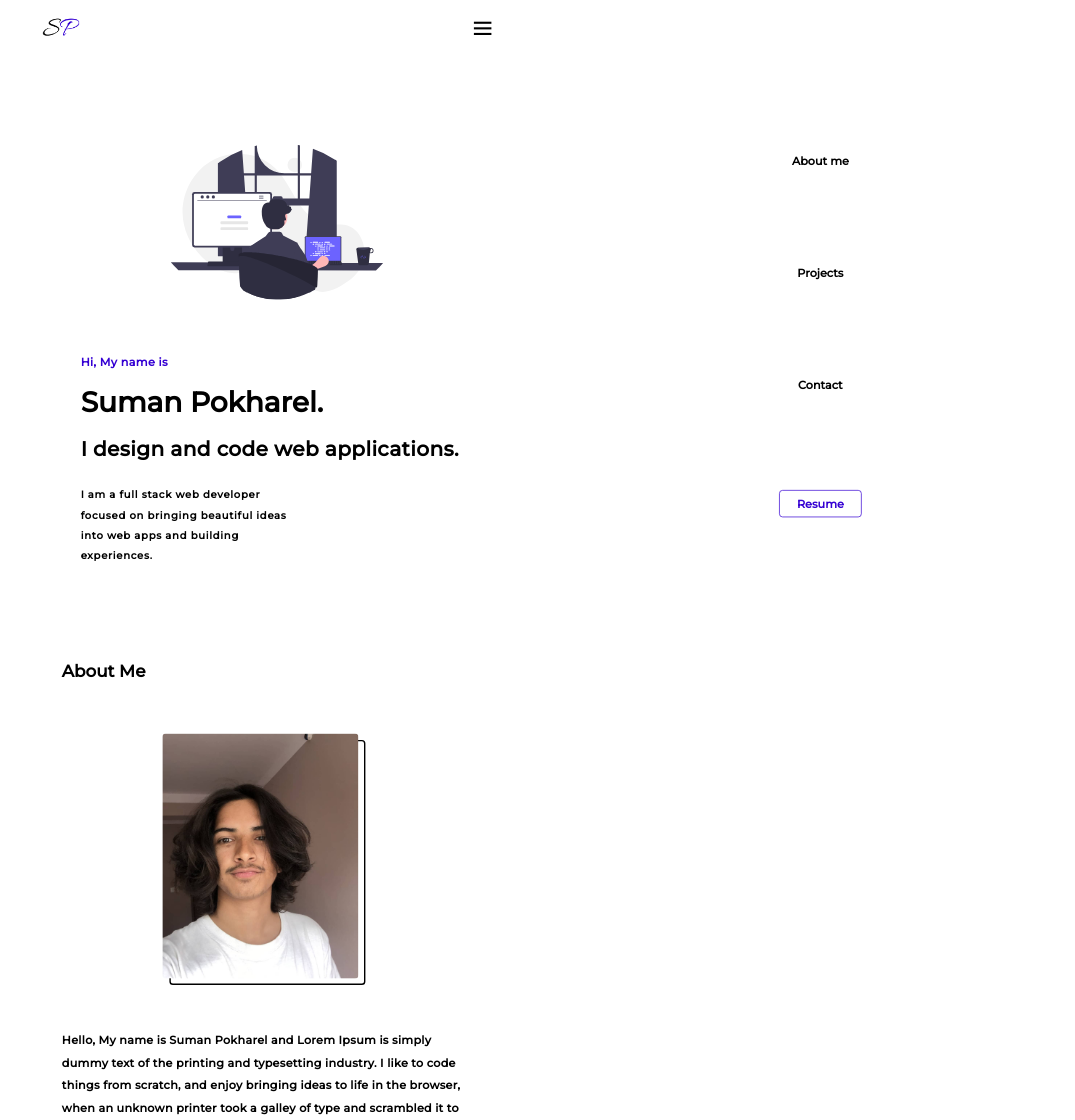
Repository: iamsumanp/portfolio
Page: /
The author's editor kept a copy of each file at every save. The page is drawn from the files as they stood at one save, then again after the next save.
The browser window is 768 px wide. The page is 1536 px wide, so the pictures cover 1536 px, including what lies to the right of the window. The pictures show the part of the page from y = 0 to 1600 px (the page is 5979 px tall), at 70% of full size.
The project was rebuilt for these pictures with package versions that can differ from the ones it lists, and the page was loaded fresh each time.

Above is the page before, as saved 2022-07-06 17:04:56.

### public/index.html
<!DOCTYPE html>
<html lang="en">
  <head>
    <meta charset="utf-8" />
    <link rel="icon" href="%PUBLIC_URL%/favicon.ico" />
    <meta name="viewport" content="width=device-width, initial-scale=1" />
    <meta name="theme-color" content="#000000" />
    <meta
      name="description"
      content="Web site created using create-react-app"
    />
    <link rel="apple-touch-icon" href="%PUBLIC_URL%/logo192.png" />

    <link rel="manifest" href="%PUBLIC_URL%/manifest.json" />
    <link rel="preconnect" href="https://fonts.googleapis.com" />
    <link rel="preconnect" href="https://fonts.gstatic.com" crossorigin />
    <link
      href="https://fonts.googleapis.com/css2?family=Montserrat:wght@500&display=swap"
      rel="stylesheet"
    />
    <title>iamsumanp</title>
  </head>
  <body>
    <div id="root"></div>
  </body>
</html>

### src/App.tsx
import "./App.css";
import { BrowserRouter as Router } from "react-router-dom";
import { NavBar } from "./Components/NavBar";
import "./styles/styles.css";
import { Hero } from "./Components/Hero";
import { AboutMe } from "./Components/AboutMe";
import { Projects } from "./Components/Projects";
import { Contact } from "./Components/Contact";
import { Footer } from "./Components/Footer";

function App() {
  return (
    <Router>
      <NavBar />
      <Hero />
      <AboutMe />
      <Projects />
      <Contact />
      <hr />
      <Footer />
    </Router>
  );
}

export default App;

### src/Components/NavBar.tsx
import React, { useState } from "react";
import { HashLink } from "react-router-hash-link";
const myLogo = require("../assets/logo.png");
export const NavBar = () => {
  const [active, setActive] = useState(false);

  const burgerClick = () => {
    setActive(!active);
  };

  return (
    <nav className="navBar">
      <HashLink to="#heroSection" className="linkHash" smooth>
        <img
          src={myLogo}
          alt="SP"
          className="logoImg"
          onClick={active ? burgerClick : undefined}
        />
      </HashLink>

      <ul className={active ? "navUl nav-active" : "navUl"}>
        <li className="navLinks" onClick={active ? burgerClick : undefined}>
          <HashLink to="#aboutMe" className="linkHash" smooth>
            About me
          </HashLink>
        </li>
        <li className="navLinks" onClick={active ? burgerClick : undefined}>
          <HashLink to="#projectSection" className="linkHash" smooth>
            Projects
          </HashLink>
        </li>
        <li className="navLinks" onClick={active ? burgerClick : undefined}>
          <HashLink to="#contact" className="linkHash" smooth>
            Contact
          </HashLink>
        </li>
        <li className="navLinks resume">Resume</li>
      </ul>
      <div className="burgerMenu" onClick={() => burgerClick()}>
        <div className={active ? "line1 toggle" : "line1"}></div>
        <div className={active ? "line2 toggle2" : "line2"}></div>
        <div className={active ? "line3 toggle3" : "line3"}></div>
      </div>
    </nav>
  );
};

### src/styles/styles.css
:root {
  --main-purple: #3500d3;
}

* {
  box-sizing: border-box;
  font-family: "Montserrat", sans-serif;
}

body {
  margin: 0;
  padding: 0;
}
@media (max-width: 900px) {
  body {
    overflow-x: hidden;
  }
}

.navBar {
  display: flex;
  flex-direction: row;
  justify-content: space-between;
  align-items: center;
  min-height: 5rem;
  font-weight: bolder;
  overflow-x: hidden;
  padding: 0.2% 8%;
}
@media (max-width: 1100px) {
  .navBar {
    margin-bottom: 5rem;
  }
}
.navBar .logoImg {
  height: 25px;
}
.navBar .navUl {
  list-style: none;
  display: flex;
  flex-direction: row;
}
@media (max-width: 900px) {
  .navBar .navUl {
    position: absolute;
    right: 0;
    top: 8vh;
    height: 100vh;
    background-color: rgb(255, 255, 255);
    flex-direction: column;
    width: 100%;
    justify-content: space-evenly;
    transform: translateX(100%);
    transition: transform 0.4s ease-in;
  }
}
.navBar .nav-active {
  transform: translateX(0%);
}
.navBar .burgerMenu {
  display: none;
}
@media (max-width: 900px) {
  .navBar .burgerMenu {
    display: block;
    cursor: pointer;
  }
}
.navBar .burgerMenu .toggle {
  transform: rotate(-45deg) translate(-5px, 6px);
}
.navBar .burgerMenu .toggle2 {
  opacity: 0;
}
.navBar .burgerMenu .toggle3 {
  transform: rotate(45deg) translate(-5px, -6px);
}
.navBar .burgerMenu div {
  width: 25px;
  height: 3px;
  background-color: black;
  transition: transform 0.4s ease;
  margin: 5px;
}
.navBar .navLinks {
  padding: 0 40px;
  cursor: pointer;
  align-self: center;
  text-decoration: none;
}
.navBar .navLinks.resume {
  border: solid 1px var(--main-purple);
  color: var(--main-purple);
  padding: 9px 25px;
  border-radius: 5px;
}
.navBar .navLinks .linkHash {
  text-decoration: none;
  color: black;
}

.heroSection {
  overflow-x: hidden;
  height: 90vh;
  width: 80%;
  display: flex;
  flex-direction: row;
  align-items: center;
  margin: auto;
  padding: 0 2% 0 5%;
}
@media (max-width: 1100px) {
  .heroSection {
    flex-direction: column-reverse;
    justify-content: center;
    align-items: center;
  }
}
.heroSection .content {
  display: flex;
  flex-direction: column;
}
@media (max-width: 1100px) {
  .heroSection .content {
    margin-top: 5rem;
  }
}
.heroSection .content .h4text {
  color: var(--main-purple);
}
.heroSection .content .h1text {
  margin-top: 0;
  font-size: 2.5rem;
}
@media (max-width: 800px) {
  .heroSection .content .h1text {
    font-size: rem;
  }
}
.heroSection .content .h4text,
.heroSection .content .h2text {
  letter-spacing: 0.5px;
  margin-top: 0;
}
.heroSection .content .h2text {
  font-size: 1.8rem;
}
.heroSection .content .h5text {
  width: 55%;
  line-height: 2;
  letter-spacing: 1px;
  margin-top: 10px;
  font-size: 0.9rem;
}
.heroSection .svgImgg {
  margin-left: auto;
  width: 22rem;
}
@media (max-width: 1100px) {
  .heroSection .svgImgg {
    margin-left: 0;
  }
}
@media (max-width: 800px) {
  .heroSection .svgImgg {
    width: 19rem;
  }
}

.aboutMeSection {
  width: 80%;
  margin: auto;
  display: flex;
  flex-direction: column;
  justify-content: center;
  padding: 7% 2% 10% 5%;
}
@media (max-width: 1100px) {
  .aboutMeSection {
    padding: 7rem 2% 10% 1.5%;
  }
}
.aboutMeSection .contentAndImage {
  display: flex;
  flex-direction: row;
}
@media (max-width: 1100px) {
  .aboutMeSection .contentAndImage {
    flex-direction: column-reverse;
    margin-top: 2rem;
  }
}
.aboutMeSection .h2textabout {
  margin-top: -3rem;
}
.aboutMeSection .aboutMeContent {
  display: flex;
  flex-direction: column;
  width: 60%;
}
@media (max-width: 1100px) {
  .aboutMeSection .aboutMeContent {
    width: 100%;
  }
}
.aboutMeSection .imgContainer {
  margin-left: auto;
  margin-top: 2rem;
  position: relative;
  height: 350px;
  width: 280px;
  border: solid 2px black;
  border-radius: 5px;
}
@media (max-width: 1100px) {
  .aboutMeSection .imgContainer {
    margin-left: 0;
    align-self: center;
    margin-bottom: 2rem;
  }
}
.aboutMeSection .imgContainer .imgProfile {
  height: 350px;
  position: absolute;
  right: 8px;
  top: -11px;
  border-radius: 5px;
}
.aboutMeSection .spanText {
  font-weight: bold;
  margin-top: 2rem;
  line-height: 2;
  letter-spacing: 0.4px;
}
.aboutMeSection .spanText.tech {
  margin-top: 5rem;
}
.aboutMeSection .backEndFrontEndContainer {
  display: flex;
  flex-direction: row;
  margin-top: 4rem;
  justify-content: space-between;
}
@media (max-width: 1100px) {
  .aboutMeSection .backEndFrontEndContainer {
    flex-direction: column;
  }
}
.aboutMeSection .backEndFrontEndContainer .frontEndBox {
  box-shadow: 0 4px 8px 0 rgba(0, 0, 0, 0.2), 0 6px 20px 0 rgba(0, 0, 0, 0.19);
  padding: 2rem 2.5rem;
  display: flex;
  flex-direction: column;
  border-radius: 5px;
}
@media (max-width: 1100px) {
  .aboutMeSection .backEndFrontEndContainer .frontEndBox {
    padding: 1rem;
    margin-bottom: 3rem;
  }
}
.aboutMeSection .backEndFrontEndContainer .frontEndBox .spanTitle {
  align-self: center;
  text-transform: uppercase;
  font-weight: bold;
}

.frontEndTools,
.backEndBox {
  display: flex;
  flex-direction: row;
  margin-top: 1rem;
}
.frontEndTools .fnTools2,
.backEndBox .fnTools2 {
  margin-left: 3rem;
}
@media (max-width: 900px) {
  .frontEndTools .fnTools2,
.backEndBox .fnTools2 {
    margin-left: 0.1rem;
  }
}
.frontEndTools .fnTool,
.backEndBox .fnTool {
  display: flex;
  align-items: center;
  margin: 1.5rem 0.5rem;
}
.frontEndTools .fnTool .triangleRight,
.backEndBox .fnTool .triangleRight {
  color: var(--main-purple);
}

.techName {
  margin-left: 0.8rem;
  text-transform: uppercase;
  font-size: 15px;
}
@media (max-width: 900px) {
  .techName {
    font-size: 11px;
    margin-left: 0.2rem;
  }
}

.projectsSection {
  width: 80%;
  margin: auto;
  padding: 5% 2% 0 5%;
  display: flex;
  flex-direction: column;
}
@media (max-width: 1100px) {
  .projectsSection {
    padding: 7rem 2% 10% 1.5%;
  }
}
.projectsSection .Project1Container {
  display: flex;
  flex-direction: column;
}
.projectsSection .nameLabelLine {
  margin: 2rem 0;
  display: flex;
  flex-direction: row;
  align-items: center;
}
.projectsSection .nameLabelLine .vl {
  border-bottom: 1px solid gray;
  margin-top: 5px;
  height: inherit;
  width: 35%;
}
@media (max-width: 1100px) {
  .projectsSection .nameLabelLine .vl {
    width: 50%;
  }
}
.projectsSection .h2textabout {
  margin-top: -3rem;
}
.projectsSection .projectContentAndImage {
  display: flex;
  flex-direction: row;
  justify-content: space-between;
}
@media (max-width: 1100px) {
  .projectsSection .projectContentAndImage {
    flex-direction: column-reverse;
  }
}
.projectsSection .projectContentAndImage .hirestationImg {
  height: 15rem;
  border-radius: 5px;
  margin-left: auto;
}
@media (max-width: 1100px) {
  .projectsSection .projectContentAndImage .hirestationImg {
    margin-left: 0;
    align-self: center;
    margin: 2rem 0 4rem 0;
  }
}
@media (max-width: 800px) {
  .projectsSection .projectContentAndImage .hirestationImg {
    height: 10rem;
  }
}
.projectsSection .linksContainer {
  display: flex;
  align-items: center;
  margin: 2rem 0;
}

.projContent {
  width: 50%;
  line-height: 1.5;
  letter-spacing: 0.5px;
}
@media (max-width: 1100px) {
  .projContent {
    width: 100%;
  }
}

.projectLabel {
  font-weight: bold;
  margin-right: 1rem;
}

.Project2Container {
  display: flex;
  flex-direction: column;
  margin-top: 5rem;
  margin-bottom: 7.5rem;
}
.Project2Container .nameLabelLine2 {
  margin: 2rem 0;
  display: flex;
  flex-direction: row;
  justify-content: end;
}
.Project2Container .nameLabelLine2 .vl {
  border-bottom: 1px solid gray;
  margin-bottom: 5px;
  width: 35%;
  margin-right: 1rem;
}
@media (max-width: 1100px) {
  .Project2Container .nameLabelLine2 .vl {
    width: 50%;
  }
}
@media (max-width: 800px) {
  .Project2Container .nameLabelLine2 .vl {
    width: 40%;
  }
}

.projectContentAndImage1 {
  display: flex;
  flex-direction: row;
  justify-content: space-between;
}
@media (max-width: 1100px) {
  .projectContentAndImage1 {
    flex-direction: column;
  }
}
.projectContentAndImage1 .baathcheethImg {
  height: 15rem;
  border-radius: 5px;
  margin-right: auto;
}
@media (max-width: 1100px) {
  .projectContentAndImage1 .baathcheethImg {
    margin-right: 0;
    align-self: center;
    margin: 2rem 0 4rem 0;
  }
}
@media (max-width: 800px) {
  .projectContentAndImage1 .baathcheethImg {
    height: 10rem;
  }
}

.ContactSection {
  width: 80%;
  margin: auto;
  padding: 5% 2% 10% 5%;
  display: flex;
  flex-direction: column;
}
@media (max-width: 1100px) {
  .ContactSection {
    padding: 5rem 2% 10% 1.5%;
  }
}
.ContactSection .formContainer {
  margin-top: 2rem;
}
.ContactSection .nameAndEmailSection {
  display: flex;
  flex-direction: row;
  justify-content: space-between;
}
@media (max-width: 900px) {
  .ContactSection .nameAndEmailSection {
    flex-direction: column;
    width: 100%;
  }
}
.ContactSection .nameAndEmailSection .nameContainer {
  display: flex;
  flex-direction: column;
  width: 90%;
}
@media (max-width: 900px) {
  .ContactSection .nameAndEmailSection .nameContainer {
    width: 100%;
  }
}
.ContactSection .nameAndEmailSection .emailContainer {
  display: flex;
  flex-direction: column;
  width: 90%;
  margin-left: 5rem;
}
@media (max-width: 900px) {
  .ContactSection .nameAndEmailSection .emailContainer {
    margin-left: 0;
    margin-top: 3rem;
    width: 100%;
  }
}
.ContactSection .nameAndEmailSection .inputForm {
  box-shadow: 0 4px 8px 0 rgba(0, 0, 0, 0.2), 0 6px 20px 0 rgba(0, 0, 0, 0.19);
  padding: 0.6rem 0.4rem;
  width: 100%;
  border-width: 1px;
  outline: none;
}
.ContactSection .label {
  margin-bottom: 2rem;
  font-weight: bold;
}
.ContactSection .MessageContainer {
  display: flex;
  flex-direction: column;
  margin-top: 4rem;
}
.ContactSection .MessageContainer #messageArea {
  width: 46.5%;
  box-shadow: 0 4px 8px 0 rgba(0, 0, 0, 0.2), 0 6px 20px 0 rgba(0, 0, 0, 0.19);
  height: 7rem;
  resize: none;
  outline: none;
  padding: 0.5rem 0.4rem;
}
@media (max-width: 900px) {
  .ContactSection .MessageContainer #messageArea {
    width: 100%;
  }
}
.ContactSection .submitBtn {
  background-color: #7a4eff;
  border: none;
  color: aliceblue;
  padding: 0.8rem;
  margin-top: 4rem;
  width: 10rem;
  border-radius: 3px;
  cursor: pointer;
}
@media (max-width: 900px) {
  .ContactSection .submitBtn {
    width: 100%;
  }
}

.footerSection {
  width: 80%;
  margin: auto;
  padding: 3% 2% 4% 1.5%;
}
.footerSection .footerContainer {
  display: flex;
  flex-direction: column;
}
@media (max-width: 900px) {
  .footerSection .footerContainer {
    align-items: center;
  }
}
.footerSection .socialMediaAndQuote {
  display: flex;
  justify-content: space-between;
  align-items: center;
  margin-bottom: 1rem;
}
@media (max-width: 900px) {
  .footerSection .socialMediaAndQuote {
    flex-direction: column;
  }
}
.footerSection .socialMediaAndQuote .icons {
  margin-left: 1rem;
}
@media (max-width: 900px) {
  .footerSection .socialMediaAndQuote .socialMedia {
    margin: 2rem 0;
  }
}

@media (max-width: 800px) {
  .spSpan {
    text-align: center;
  }
}/*# sourceMappingURL=styles_20220706170456.css.map */

### src/Components/Hero.tsx
import SvgImg from "./IconComponent/SvgImg";

export const Hero = () => {
  return (
    <div className="heroSection" id="heroSection">
      <div className="content">
        <h4 className="h4text">Hi, My name is</h4>
        <h1 className="h1text">Suman Pokharel.</h1>
        <h2 className="h2text">I design and code web applications.</h2>
        <h5 className="h5text">
          I am a full stack web developer focused on bringing beautiful ideas
          into web apps and building experiences.
        </h5>
      </div>
      {/* <div className="svgImgg"> */}
      <SvgImg height={221} className="svgImgg" />
      {/* </div> */}
    </div>
  );
};

### src/Components/AboutMe.tsx
import React from "react";
import { VscTriangleRight } from "react-icons/vsc";
const mePhoto = require("../assets/mePhoto.jpg");

export const AboutMe = () => {
  return (
    <div className="aboutMeSection" id="aboutMe">
      <h2 className="h2textabout">About Me</h2>
      <div className="contentAndImage">
        <div className="aboutMeContent">
          <span className="spanText">
            Hello, My name is Suman Pokharel and Lorem Ipsum is simply dummy
            text of the printing and typesetting industry. I like to code things
            from scratch, and enjoy bringing ideas to life in the browser, when
            an unknown printer took a galley of type and scrambled it to make a
            type specimen book.I value simple content structure, clean design
            patterns, and thoughtful interactions.
          </span>
        </div>
        <div className="imgContainer">
          <img src={mePhoto} alt="profilePic" className="imgProfile" />
        </div>
      </div>
      <span className="spanText tech">
        Here are the technologies i am working with recently :
      </span>
      <div className="backEndFrontEndContainer">
        <div className="frontEndBox">
          <div className="spanTitle">Frontend</div>

          <div className="frontEndTools">
            <div className="fnTools1">
              <div className="fnTool">
                <VscTriangleRight className="triangleRight" />
                <span className="techName">React</span>
              </div>
              <div className="fnTool">
                <VscTriangleRight className="triangleRight" />
                <span className="techName">JavaScript</span>
              </div>
              <div className="fnTool">
                <VscTriangleRight className="triangleRight" />
                <span className="techName">HTML</span>
              </div>
              <div className="fnTool">
                <VscTriangleRight className="triangleRight" />
                <span className="techName">Git</span>
              </div>
              <div className="fnTool">
                <VscTriangleRight className="triangleRight" />
                <span className="techName">PHP</span>
              </div>
            </div>
            <div className="fnTools2">
              <div className="fnTool">
                <VscTriangleRight className="triangleRight" />
                <span className="techName">FIGMA</span>
              </div>
              <div className="fnTool">
                <VscTriangleRight className="triangleRight" />
                <span className="techName">TypeScript</span>
              </div>
              <div className="fnTool">
                <VscTriangleRight className="triangleRight" />
                <span className="techName">CSS</span>
              </div>
              <div className="fnTool">
                <VscTriangleRight className="triangleRight" />
                <span className="techName">BootStrap</span>
              </div>
            </div>
          </div>
        </div>
        <div className="frontEndBox">
          <div className="spanTitle">Backend</div>

          <div className="frontEndTools">
            <div className="fnTools1">
              <div className="fnTool">
                <VscTriangleRight className="triangleRight" />
                <span className="techName">NODEJS</span>
              </div>
              <div className="fnTool">
                <VscTriangleRight className="triangleRight" />
                <span className="techName">ExpressJS</span>
              </div>
              <div className="fnTool">
                <VscTriangleRight className="triangleRight" />
                <span className="techName">MongoDB</span>
              </div>
            </div>
            <div className="fnTools2">
              <div className="fnTool">
                <VscTriangleRight className="triangleRight" />
                <span className="techName">FireBase</span>
              </div>
              <div className="fnTool">
                <VscTriangleRight className="triangleRight" />
                <span className="techName">mySql</span>
              </div>
            </div>
          </div>
        </div>
      </div>
    </div>
  );
};

### src/Components/Contact.tsx
import React, { useState } from "react";

export const Contact = () => {
  const [name, setName] = useState("");
  const [email, setEmail] = useState("");
  const [message, setMessage] = useState("");

  const submitHandler: React.FormEventHandler<HTMLFormElement> = (
    e: React.FormEvent<HTMLFormElement>
  ) => {
    e.preventDefault();

    setName("");
    setEmail("");
    setMessage("");
  };
  return (
    <div className="ContactSection" id="contact">
      <h2 className="h2textabout">Interested In working together?</h2>
      <form className="formContainer" onSubmit={submitHandler}>
        <div className="nameAndEmailSection">
          <div className="nameContainer">
            <label htmlFor="Name" className="label">
              Name :
            </label>
            <input
              type="text"
              value={name}
              className="inputForm"
              onChange={(e) => setName(e.target.value)}
            />
          </div>
          <div className="emailContainer">
            <label htmlFor="Email" className="label">
              Email :
            </label>
            <input
              type="email"
              value={email}
              className="inputForm"
              onChange={(e) => setEmail(e.target.value)}
            />
          </div>
        </div>
        <div className="MessageContainer">
          <label htmlFor="Message" className="label">
            Message(optional) :
          </label>
          <textarea
            name="message"
            id="messageArea"
            // cols=30
            // rows=10
            value={message}
            onChange={(e) => setMessage(e.target.value)}
          ></textarea>
        </div>
        <button className="submitBtn" type="submit">
          SUBMIT
        </button>
      </form>
    </div>
  );
};

### src/Components/Footer.tsx
import React from "react";
import { AiFillGithub, AiFillTwitterCircle } from "react-icons/ai";
import { BsLinkedin, BsFacebook } from "react-icons/bs";

export const Footer = () => {
  return (
    <div className="footerSection">
      <div className="footerContainer">
        <div className="socialMediaAndQuote">
          <span>Learning, Pushing, Rushing</span>
          <div className="socialMedia">
            <a
              href="https://www.linkedin.com/in/suman-pokharel-2a4b61206/"
              target="_blank"
              rel="noreferrer"
            >
              <BsLinkedin size={30} className="icons" fill="#2867B2" />
            </a>

            <a
              href="https://www.facebook.com/summan.pokharel/"
              target="_blank"
              rel="noreferrer"
            >
              <BsFacebook size={30} className="icons" fill="	#4267B2" />
            </a>
            <a
              href="https://github.com/iamsumanp"
              target="_blank"
              rel="noreferrer"
              style={{ color: "black" }}
            >
              <AiFillGithub size={34} className="icons" />
            </a>
            <a
              href="https://twitter.com/Itsmesuman2"
              target="_blank"
              rel="noreferrer"
            >
              <AiFillTwitterCircle size={35} className="icons" fill="#00acee" />
            </a>
          </div>
        </div>
        <span className="spSpan">Designed And Built By Suman Pokhrel</span>
      </div>
    </div>
  );
};

Loaded but not shown: src/index.tsx (common file); src/Components/IconComponent/SvgImg.tsx (791 lines, source omitted); src/Components/Projects.tsx (201 lines, source omitted); src/App.css (no stored copy; drawn as an empty file)

After the next save:
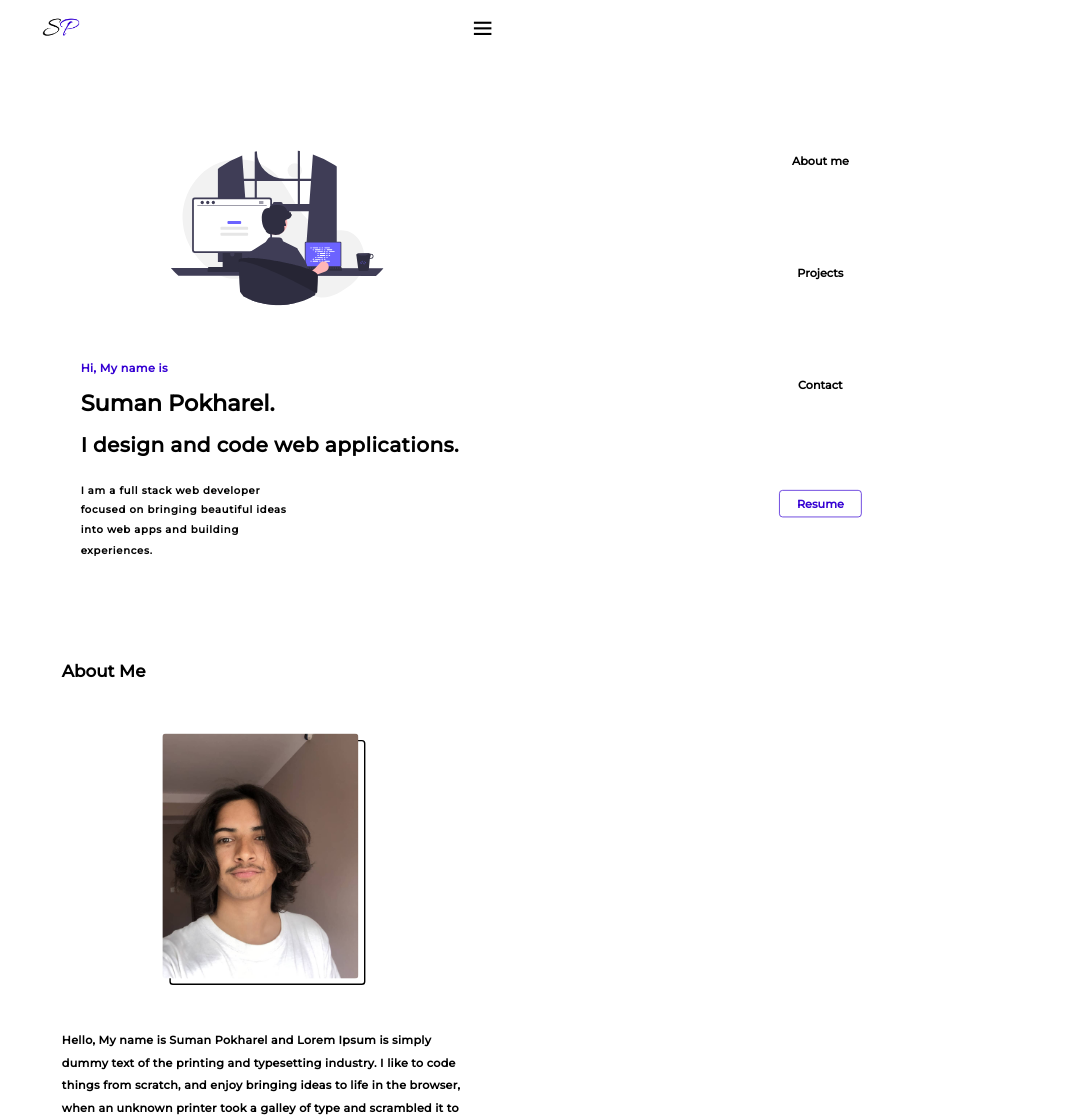
Saved 3 s later.
--- a/src/styles/styles.css
+++ b/src/styles/styles.css
@@ -134,7 +134,7 @@ body {
 }
 @media (max-width: 800px) {
   .heroSection .content .h1text {
-    font-size: rem;
+    font-size: 2rem;
   }
 }
 .heroSection .content .h4text,
@@ -578,4 +578,4 @@ body {
   .spSpan {
     text-align: center;
   }
-}/*# sourceMappingURL=styles_20220706170456.css.map */
+}/*# sourceMappingURL=styles_20220706170459.css.map */
